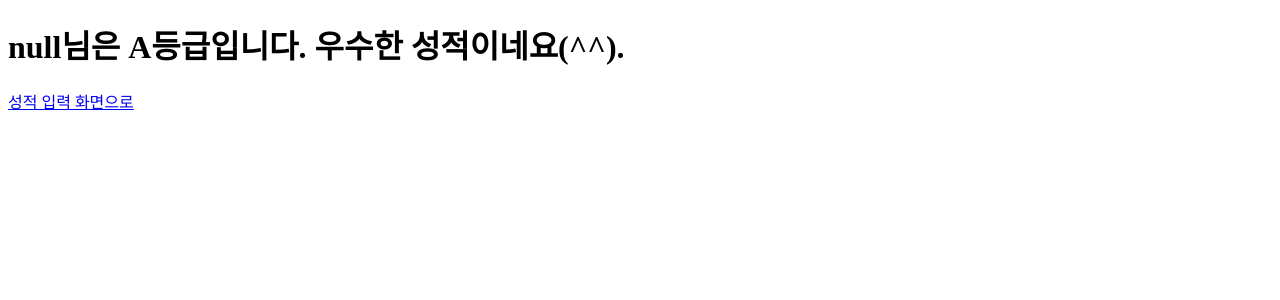
Repository: kdg0109/multicampus_course
Page: http://localhost/mvc/jspexam/errorResult.jsp
These files come from the project's save history. The page is drawn as it stood at one moment and after the next save; the edit follows.
The browser window is 1280 px wide. The pictures show the whole page.
The page is served by Tomcat 9.

Above is the page before, as saved 2018-02-09 05:29:57.

After the next save:
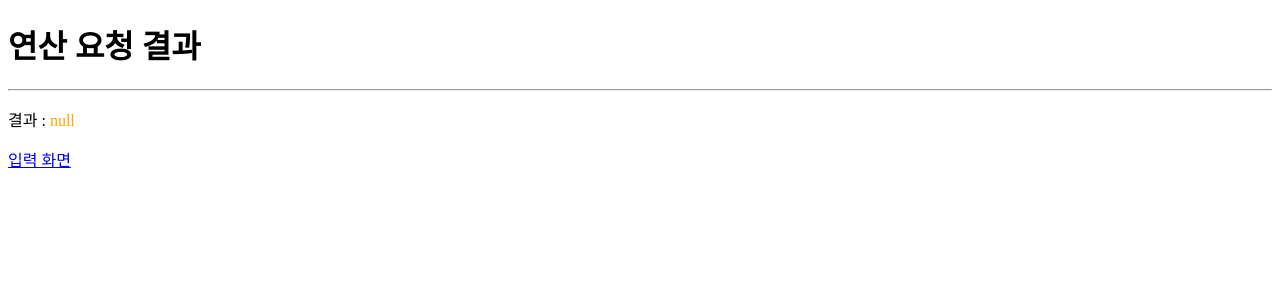
Saved 11 s later.
--- a/web course/workspace_web/mvc/WebContent/jspexam/errorResult.jsp
+++ b/web course/workspace_web/mvc/WebContent/jspexam/errorResult.jsp
@@ -5,9 +5,16 @@
 <head>
 <meta charset="UTF-8">
 <title>성적 결과</title>
+<style>
+	p color {
+		color : orange;
+	}
+</style>
 </head>
 <body>
-<h1><%= request.getParameter("name")%>님은 A등급입니다. 우수한 성적이네요(^^).<br></h1>
-<a	href="/mvc/htmlexam/eduForm.html">성적 입력 화면으로</a>
+	<h1>연산 요청 결과</h1>
+	<hr>
+<p>결과 : <color><%= request.getParameter("result")%></color></p>
+<a	href="/mvc/calcForm.html">입력 화면</a>
 </body>
 </html>
